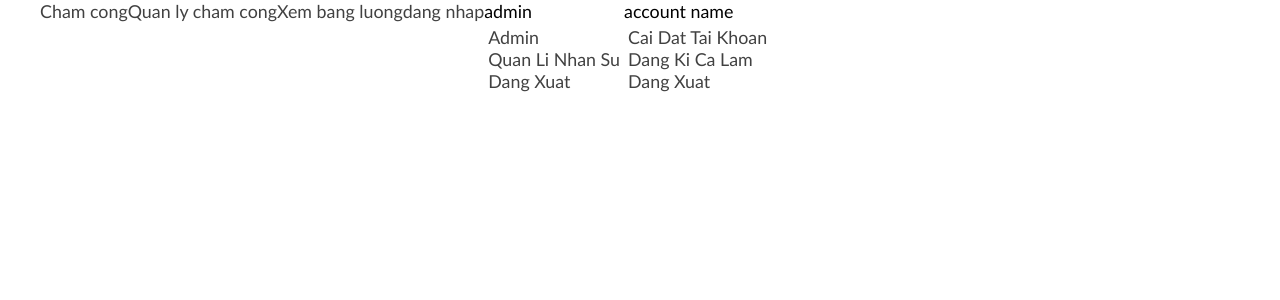
Repository: LDDUNG2003/a
Page: index.html
These files come from the project's save history. The page is drawn as it stood at one moment and after the next save; the edit follows.
The browser window is 1280 px wide. The pictures show the whole page.

Above is the page before, as saved 2023-10-13 23:36:45.

### index.html
<!DOCTYPE html>
<html lang="en">

<head>
    <meta charset="UTF-8">
    <meta name="viewport" content="width=device-width, initial-scale=1.0">
    <title>trang chu</title>
    <link rel="stylesheet" href="./controlView/css/base.css">
    <link rel="stylesheet" href="./controlView/css/index.css">
</head>

<body>
    <div class="main">
        <!-- start header -->
        <header class="app__header">
            <nav class="navBar">
                <ul class="navBar-list">
                    <li class="navBar--items"><a href="" class="navbar--link">Cham cong</a></li>
                    <li class="navBar--items"><a href="" class="navbar--link">Quan ly cham cong</a></li>
                    <li class="navBar--items">
                        <a href="" class="navbar--link">Xem bang luong</a></li>
                    <!-- login  -->
                    <li class="navBar--items">
                        <a href="" class="navbar--link">dang nhap</a></li>
                    <!-- admin menu -->
                    <li class="navBar--items">
                        admin
                        <ul class="account-list">
                            <li class="account--item"><a href="" class="account--link">admin</a></li>
                            <li class="account--item"><a href="" class="account--link">quan li nhan su</a></li>
                            <li class="account--item"><a href="" class="account--link">dang xuat</a></li>
                        </ul>
                    </li>
                    <!-- personnel menu -->
                    <li class="navBar--items">
                        account name
                        <ul class="account-list">
                            <li class="account--item"><a href="" class="account--link">cai dat tai khoan</a></li>
                            <li class="account--item"><a href="" class="account--link">dang ki ca lam</a></li>
                            <li class="account--item"><a href="" class="account--link">dang xuat</a></li>
                        </ul>
                    </li>
                </ul>
            </nav>
        </header>
        <!-- end header -->

        <!-- start content -->
        <div class="app__content">

        </div>
        <!-- end content -->
    </div>
</body>

</html>

### controlView/css/base.css
:root {
    --primary-color: #0066cc;
    --text-color: #414141;
}

* {
    padding: 0px;
    margin: 0px;
    font-family: 'Trebuchet MS', 'Lucida Sans Unicode', 'Lucida Grande', 'Lucida Sans', Arial, sans-serif;
}

html,
body {
    font-size: 0.62rem;
}

.main {}

.app__header {
    width: 100%;
}

.navBar {
    width: 100%;
    max-width: 1200px;
    margin: auto;
    cursor: pointer;
}

.navBar-list {
    display: flex;
    list-style: none;
}

.navBar--items {
    font-size: 1.8rem;
}

.navbar--link {
    color: var(--text-color);
    text-decoration: none;
}

.account-list {
    list-style: none;
    padding: 4px;
    box-shadow: #414141;
}

.account--item {}

.account--link {
    color: var(--text-color);
    text-decoration: none;
    text-transform: capitalize;
}

Loaded but not shown: controlView/css/index.css (no stored copy; drawn as an empty file)

After the next save:
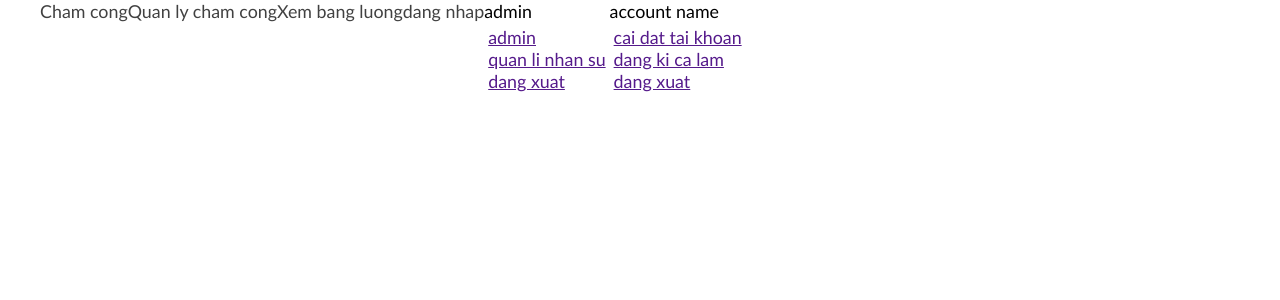
Saved 17 s later.
--- a/controlView/css/base.css
+++ b/controlView/css/base.css
@@ -49,7 +49,7 @@ body {
 
 .account--item {}
 
-.account--link {
+.navBar--link {
     color: var(--text-color);
     text-decoration: none;
     text-transform: capitalize;
